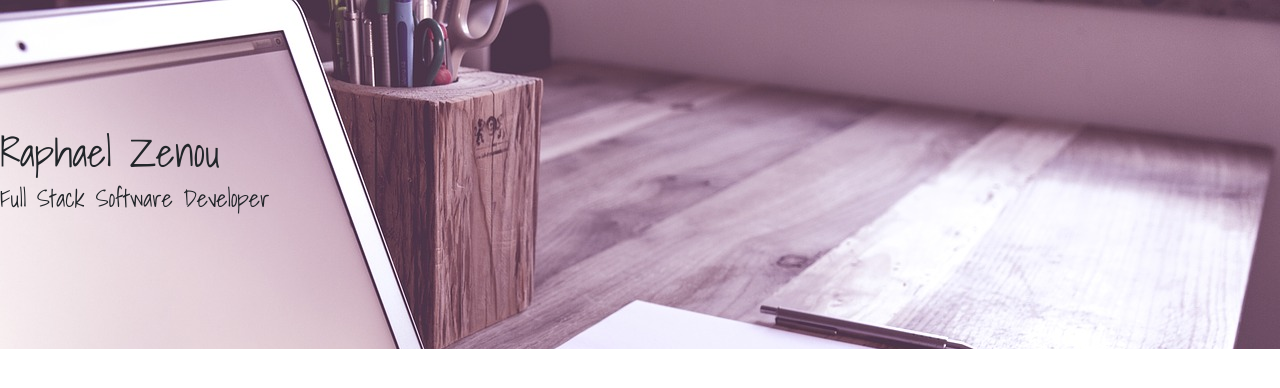
Repository: Code-Institute-Submissions/resume
Page: index.html
The author's editor kept a record of every edit. The page is drawn from the files as they stood at one moment, then again after the next edit.
The browser window is 1280 px wide. The pictures show the whole page.

Above is the page before.

After the next edit:
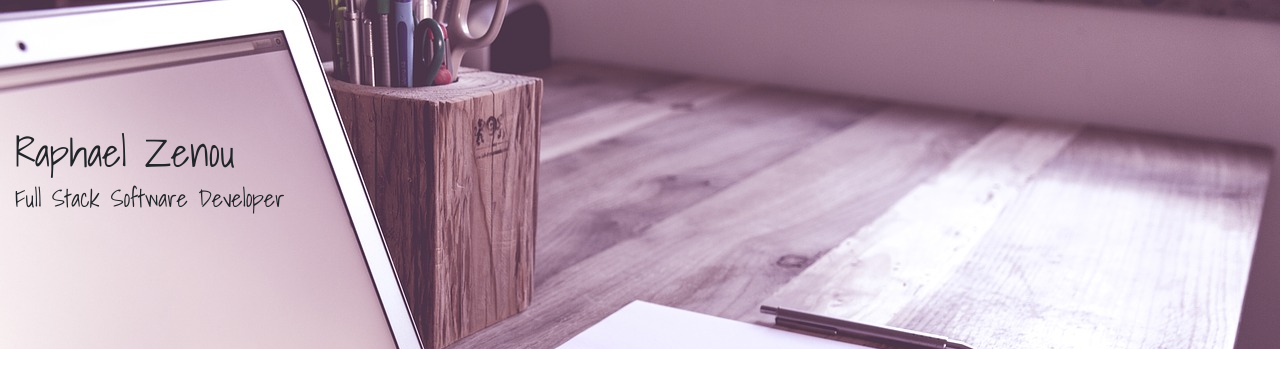
The edit:
--- a/assets/css/style.css
+++ b/assets/css/style.css
@@ -29,6 +29,8 @@
 }
 .row {
     margin:0px;
+    padding-left: 15px;
+
 }
 
 
